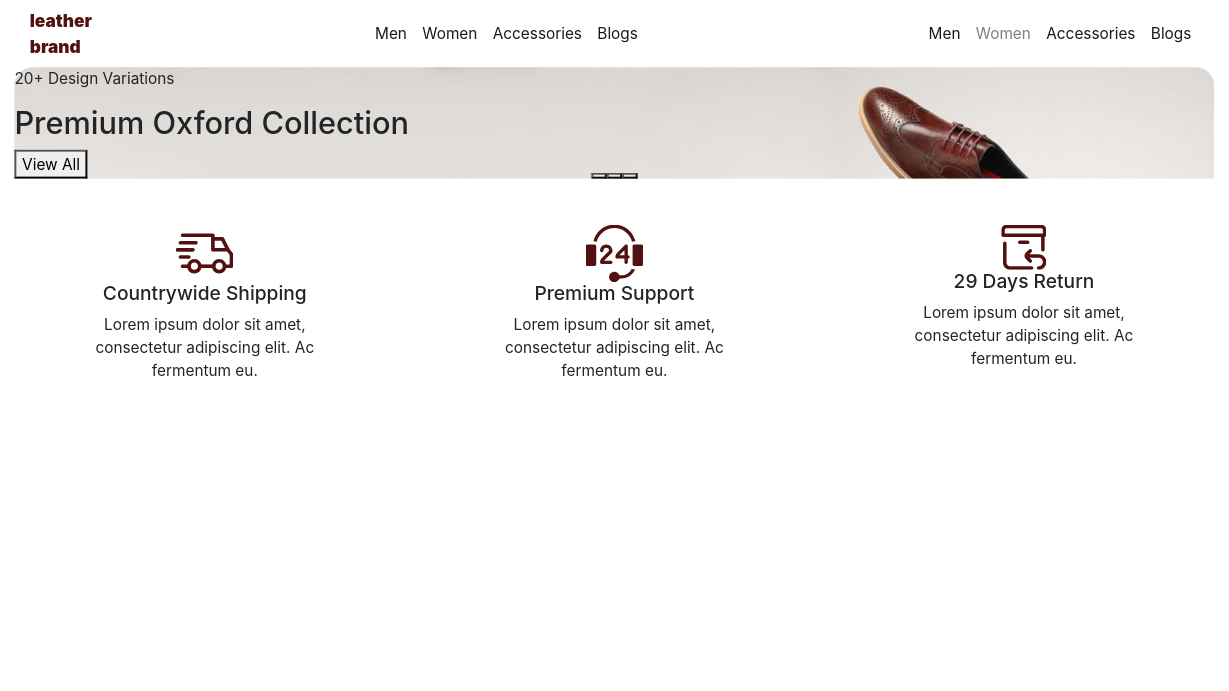
Repository: arif286/fashion-house
Page: /
An editor plug-in stored every save of this project. The page is shown before and after the next save, followed by the edit.
The browser window is 1280 px wide. The pictures show the whole page, at 96% of full size.
The project was rebuilt for these pictures with package versions that can differ from the ones it lists, and the page was loaded fresh each time. The framework's server and built-in components were replaced by stand-ins that run in the browser. Also part of the build but not shown: nuxt.config.js, components/Contact.vue, components/DisplayCollection.vue, components/Footer.vue, components/NewCollection.vue, components/NuxtLogo.vue, components/Products.vue, components/Tutorial.vue.

Above is the page before, as saved 2021-07-11 22:09:13.

### components/Nav.vue
<template>
  <nav class="navbar container navbar-expand-lg navbar-light">
    <div class="container-fluid">
      <div class="nav-title">
        <span>leather</span>
        <br />
        <span>brand</span>
      </div>
      <button
        class="navbar-toggler"
        type="button"
        data-bs-toggle="collapse"
        data-bs-target="#navbarSupportedContent"
        aria-controls="navbarSupportedContent"
        aria-expanded="false"
        aria-label="Toggle navigation"
      >
        <span class="navbar-toggler-icon"></span>
      </button>
      <div id="navbarSupportedContent" class="collapse navbar-collapse">
        <div class="d-flex justify-content-center w-100">
          <ul class="navbar-nav mb-2 mb-lg-0">
            <li class="nav-item">
              <a class="nav-link active" aria-current="page" href="#">Men</a>
            </li>
            <li class="nav-item">
              <a class="nav-link active" href="#">Women</a>
            </li>
            <li class="nav-item">
              <a class="nav-link active" href="#"> Accessories </a>
            </li>
            <li class="nav-item">
              <a class="nav-link active" href="#">Blogs</a>
            </li>
          </ul>
        </div>
        <div class="ml-auto">
          <ul class="navbar-nav mb-2 mb-lg-0">
            <li class="nav-item">
              <a class="nav-link active" aria-current="page" href="#">Men</a>
            </li>
            <li class="nav-item">
              <a class="nav-link" href="#">Women</a>
            </li>
            <li class="nav-item">
              <a class="nav-link active" href="#"> Accessories </a>
            </li>
            <li class="nav-item">
              <a class="nav-link active" href="#">Blogs</a>
            </li>
          </ul>
        </div>
      </div>
    </div>
  </nav>
</template>

<script></script>
<style scoped>
.nav-title {
  color: #521010;
  font-weight: 900;
  font-size: 18px;
}
.nav-title:hover {
  color: #521010;
  font-weight: bold;
}
.nav-item a {
  color: #000;
}
</style>

### components/Service.vue
<template>
  <div class="container">
    <div class="row">
      <div
        v-for="service in services"
        :key="service.id"
        class="col-md-4 col-12"
      >
        <div class="d-flex justify-content-center">
          <div class="service-box text-center">
            <img :src="require(`@/assets/Images/${service.image}`)" alt="" />
            <h5>{{ service.title }}</h5>
            <p>{{ service.text }}</p>
          </div>
        </div>
      </div>
    </div>
  </div>
</template>

<script>
export default {
  props: {
    services: { type: Array, required: true },
  },
}
</script>
<style>
.service-box {
  width: 250px;
}
</style>

### components/Slider.vue
<template>
  <div class="container mb-5">
    <div
      id="carouselExampleIndicators"
      class="carousel slide"
      data-bs-ride="carousel"
    >
      <div class="carousel-indicators">
        <button
          type="button"
          data-bs-target="#carouselExampleIndicators"
          data-bs-slide-to="0"
          class="active"
          aria-current="true"
          aria-label="Slide 1"
        ></button>
        <button
          type="button"
          data-bs-target="#carouselExampleIndicators"
          data-bs-slide-to="1"
          aria-label="Slide 2"
        ></button>
        <button
          type="button"
          data-bs-target="#carouselExampleIndicators"
          data-bs-slide-to="2"
          aria-label="Slide 3"
        ></button>
      </div>
      <div class="carousel-inner">
        <div class="carousel-item active">
          <div>
            <p>20+ Design Variations</p>
            <h2>Premium Oxford Collection</h2>
            <button>View All</button>
          </div>
        </div>
        <div class="carousel-item">
          <div>
            <p>20+ Design Variations</p>
            <h2>Premium Oxford Collection</h2>
            <button>View All</button>
          </div>
        </div>
      </div>
    </div>
  </div>
</template>

<script></script>
<style>
.carousel-item {
  background-image: url('@/assets/Images/hero1.png');
  background-repeat: no-repeat;
  height: 100%;
  background-size: cover;
}
</style>

### pages/index.vue
<template>
  <div>
    <Nav />
    <Slider />
    <Service :services="serviceData" />
  </div>
</template>

<script>
import { serviceData } from '@/assets/data.js'
export default {
  data() {
    return {
      serviceData,
    }
  },
}
</script>
<style>
@import url('https://fonts.googleapis.com/css2?family=Roboto:ital,wght@0,100;0,300;0,400;0,500;0,700;0,900;1,100;1,300;1,400;1,500;1,700;1,900&display=swap');

.body {
  font-family: 'Roboto', sans-serif;
}
.container {
  max-width: 1780px;
}
</style>

### assets/data.js
export const serviceData = [
  {
    id: 1,
    image: 'delivery.svg',
    title: 'Countrywide Shipping',
    text: 'Lorem ipsum dolor sit amet, consectetur adipiscing elit. Ac fermentum eu.',
  },
  {
    id: 2,
    image: 'call-center.svg',
    title: 'Premium Support',
    text: 'Lorem ipsum dolor sit amet, consectetur adipiscing elit. Ac fermentum eu.',
  },
  {
    id: 3,
    image: 'return.svg',
    title: '29 Days Return',
    text: 'Lorem ipsum dolor sit amet, consectetur adipiscing elit. Ac fermentum eu.'
  }
]

After the next save:
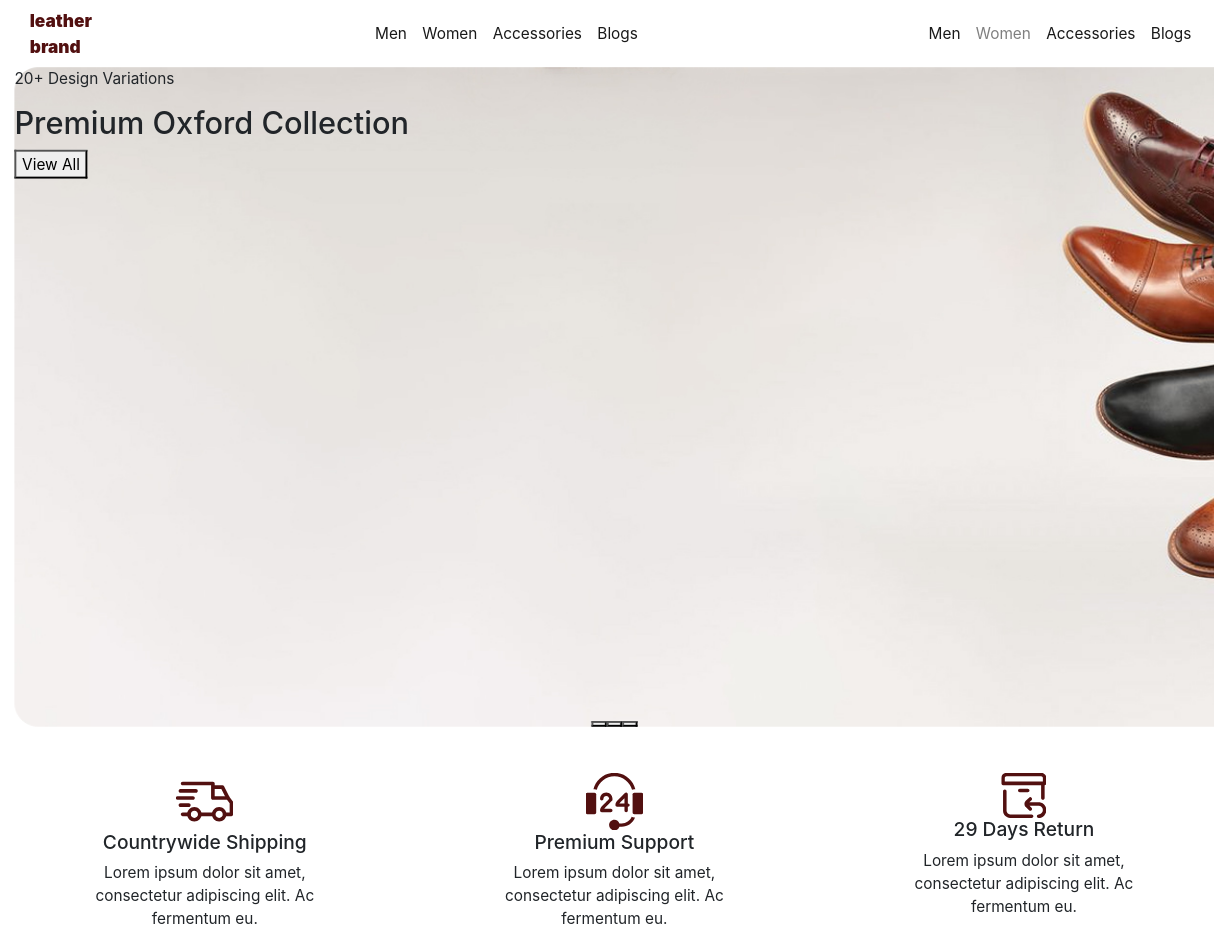
Saved 47 s later.
--- a/components/Slider.vue
+++ b/components/Slider.vue
@@ -52,7 +52,7 @@
 .carousel-item {
   background-image: url('@/assets/Images/hero1.png');
   background-repeat: no-repeat;
-  height: 100%;
+  height: 687px;
   background-size: cover;
 }
 </style>
